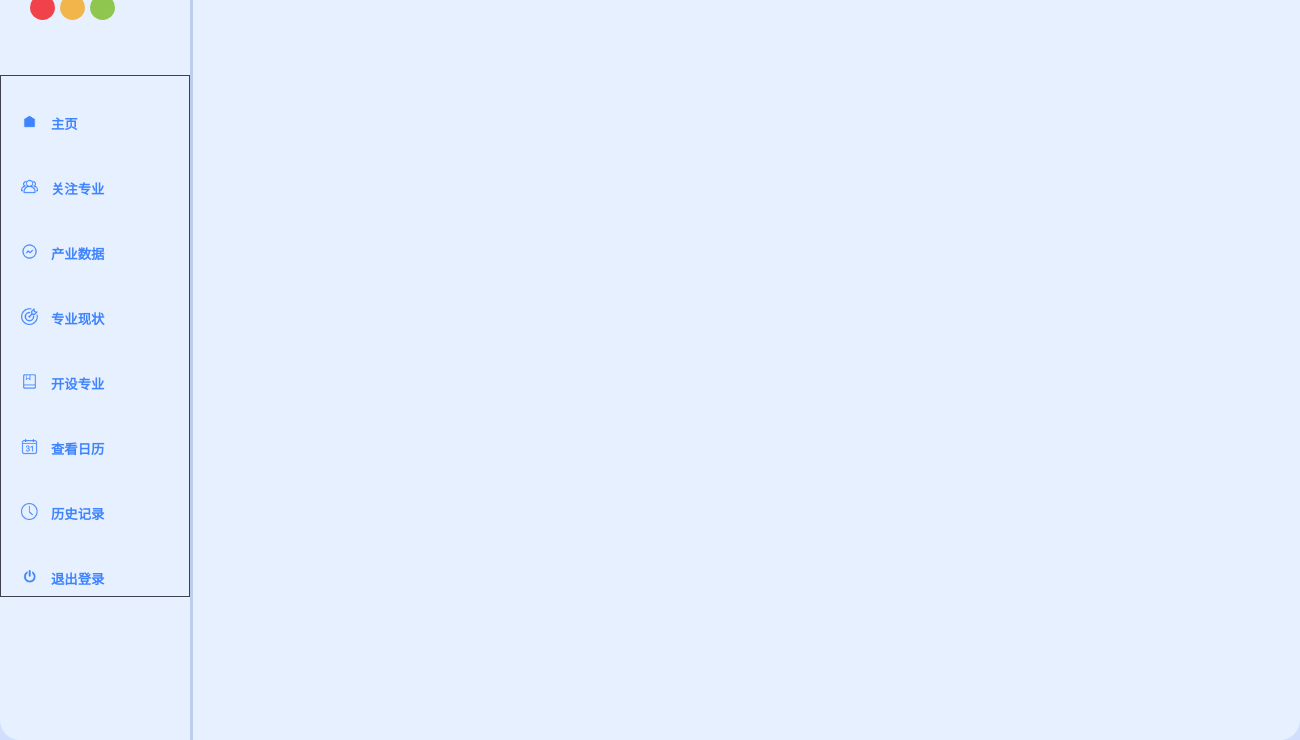
Repository: akaCSDN/test
Page: 2.1主页.html
The author's editor kept a copy of each file at every save. The page is drawn from the files as they stood at one save, then again after the next save.
The browser window is 1280 px wide. The page is 1300 px wide, so the pictures cover 1300 px, including what lies to the right of the window. The pictures show the whole page.

Above is the page before, as saved 2022-12-02 15:44:15.

### 2.1主页.html
<!DOCTYPE html>
<html lang="en">
<head>
    <meta charset="UTF-8">
    <meta http-equiv="X-UA-Compatible" content="IE=edge">
    <meta name="viewport" content="width=device-width, initial-scale=1.0">
    <title>Document</title>
    <style type="text/css">
        *{
            margin: 0;
            padding: 0;
            border: 0;
        }
        .main{
            width: 1300px;
            height: 760px;
            /* border: 1px solid black; */
            border-radius: 20px;
            background-color: aliceblue;
            opacity: 0.7;
            position: absolute;
            top: 0;
            right: 0;
            bottom: 0;
            left: 0;
            margin: auto;

        }
        .left{
            width: 190px;
            height: 760px;
            border-radius: 20px 0px 0px 20px;
            border-right: 3px solid rgba(146, 169, 213, 0.622);
            /* border: 1px solid black; */
            position: absolute;
        }
        .circle-point{
            width: 100px;
            height: 30px;
            /* border: 1px solid black; */
            margin-left: 25px;
            margin-top: 15px;
        }
        .circle-point div{
            width: 25px;
            height: 25px;
            border-radius: 100% 100% 100% 100%;
            float: left;
            opacity: 1;
            /* position: absolute; */
            margin-left: 5px;

        }
        .button{
            width: auto;
            height: auto;
            border: 1px solid black;
            margin-top: 50px;

        }
        .button ul{
            list-style-type: none;
        }
        .button button{
            width: 120px;
            height: 35px;
            text-align: left;
            margin-left: 50px;
            /* color: rgba(0, 94, 255, 0.909); */
            color: #005EFF;
            font-weight: 600;
            margin-top: 30px;
            background: none;


        }
        .button img{
            width: 17px;
            height: 17px;
            position: absolute;
            margin-top: 37px;
            margin-left: 20px;
        }
    </style>
</head>
<body style="background-color: rgb(209, 222, 254);">
    <div class="main">
        <div class="left">
            <div class="circle-point">
                <div style="background-color: red;"></div>
                <div style="background-color: orange;"></div>
                <div style="background-color:rgb(116, 189, 7);"></div>
            </div>
            <div class="button">

                    <img src="./icon/主页.png" alt=""><button>主页</button>
                    <br>
                    <img src="./icon/专业.png" alt=""><button>关注专业</button>
                    <br>
                    <img src="./icon/数据.png" alt=""><button>产业数据</button>
                    <br>
                    <img src="./icon/现状.png" alt=""><button>专业现状</button>
                    <br>
                    <img src="./icon/开设.png" alt=""><button>开设专业</button>
                    <br>
                    <img src="./icon/日历.png" alt=""><button>查看日历</button>
                    <br>
                    <img src="./icon/历史.png" alt=""><button>历史记录</button>
                    <br>
                    <img src="./icon/退出.png" alt=""><button>退出登录</button>

            </div>



        </div>

    </div>
</body>
</html>

After the next save:
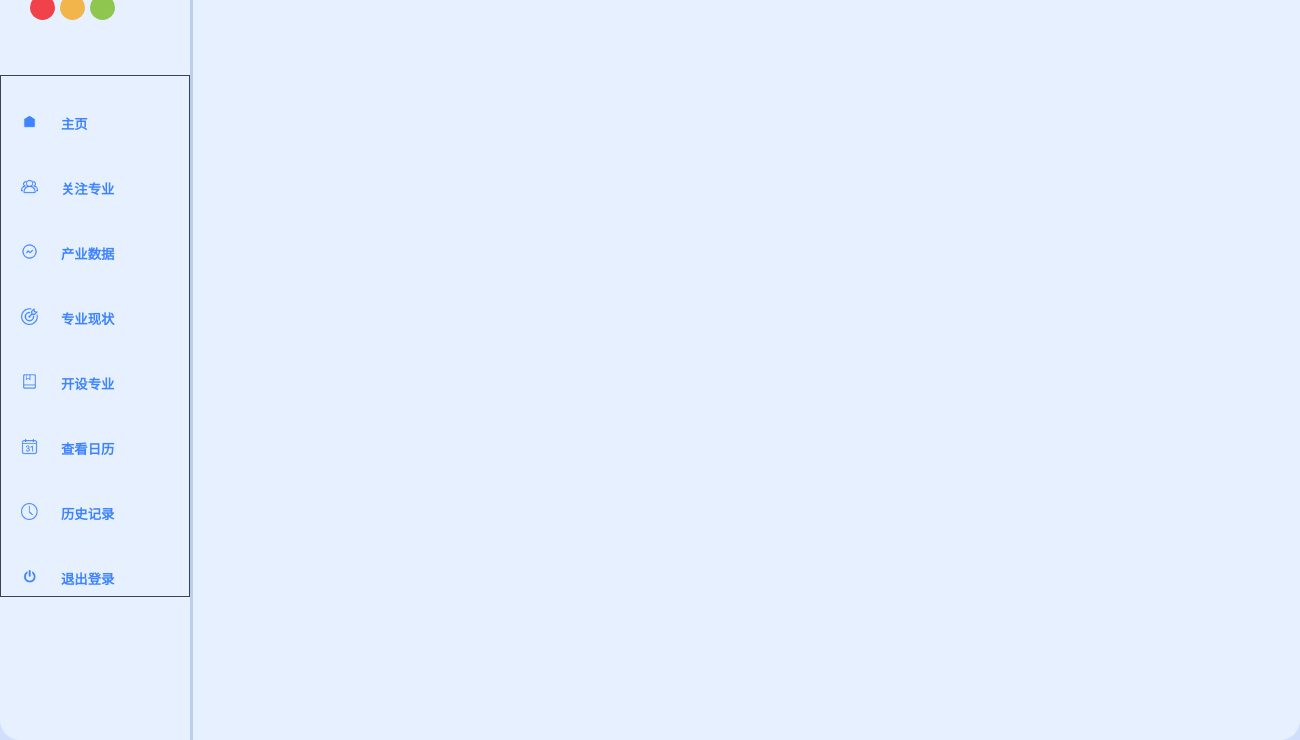
Saved 10 s later.
--- a/2.1主页.html
+++ b/2.1主页.html
@@ -65,7 +65,7 @@
             width: 120px;
             height: 35px;
             text-align: left;
-            margin-left: 50px;
+            margin-left: 60px;
             /* color: rgba(0, 94, 255, 0.909); */
             color: #005EFF;
             font-weight: 600;
